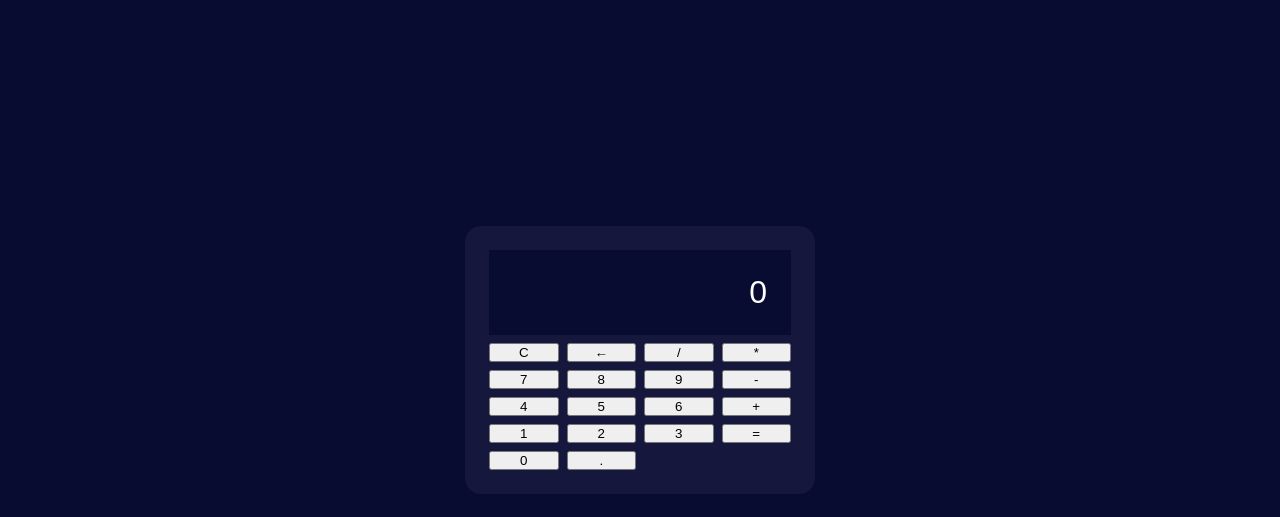
Repository: Herinyhert/Calculator
Page: index.html
The author's editor kept a copy of each file at every save. The page is drawn from the files as they stood at one save, then again after a run of saves.
The browser window is 1280 px wide. The pictures show the whole page.

Above is the page before, as saved 2023-05-21 20:47:51.

### index.html
<html lang="en">
<head>
    <meta charset="UTF-8">
    <meta http-equiv="X-UA-Compatible" content="IE=edge">
    <meta name="viewport" content="width=device-width, initial-scale=1.0">
    <title>Calculator</title>
    <link rel="stylesheet" href="./css/main.css">
</head>
<body>
    <div class="calculator">
        <div class="window">0</div>
        <button id="c" class="btn">C</button>
        <button id="delete"class="btn">←</button>
        <button class="btn">/</button>
        <button class="btn">*</button>
        <button class="btn">7</button>
        <button class="btn">8</button>
        <button class="btn">9</button>
        <button class="btn">-</button>
        <button class="btn">4</button>
        <button class="btn">5</button>
        <button class="btn">6</button>
        <button class="btn">+</button>
        <button class="btn">1</button>
        <button class="btn">2</button>
        <button class="btn">3</button>
        <button id="equal" class="btn">=</button>
        <button id="cero" class="btn">0</button>
        <button class="btn">.</button>
    </div>

    <script src="./JS/main.js"></script>
</body>
</html>

### css/main.css
*{
    margin: 0;
    padding: 0;
    box-sizing: border-box;
    font-family: sans-serif;
}

body{
    min-height: 100vh;
    background-color: #090c31;
    display: flex;
    justify-content: center;
    align-items: center;
}

.calculator{
    background-color: #15173c;
    color: white;
    width: 350px;
    max-width: 100%;
    padding: 1.5rem;
    border-radius: 1rem;
    display: grid;
    grid-template-columns: repeat(4, 1fr);
    gap: .5rem;
}

.window{
    grid-column: 1 / -1;
    background-color: #090c31;
    padding: 1.5rem;
    font-size: 2rem;
    text-align: right;
    margin-bottom: ;
}

Loaded but not shown: JS/main.js (no stored copy; drawn as an empty file)

After the next 4 saves:
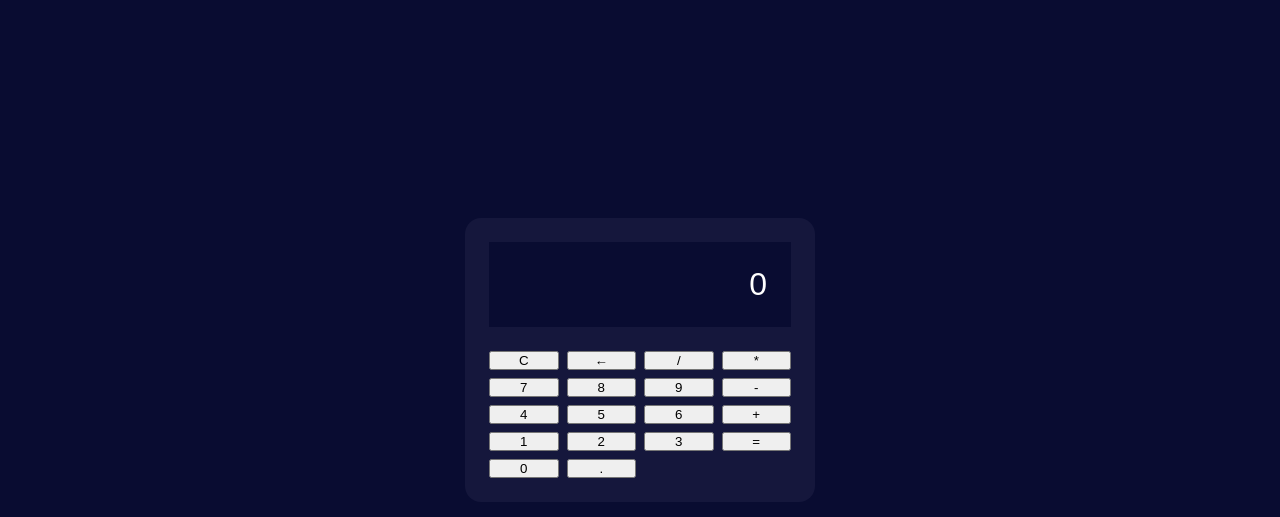
The 4 saves are shown as one change because they came seconds apart.
The last was saved 9 s later.
--- a/css/main.css
+++ b/css/main.css
@@ -31,5 +31,6 @@ body{
     padding: 1.5rem;
     font-size: 2rem;
     text-align: right;
-    margin-bottom: ;
+    margin-bottom: 1rem;
+    font-family: ;
 }
